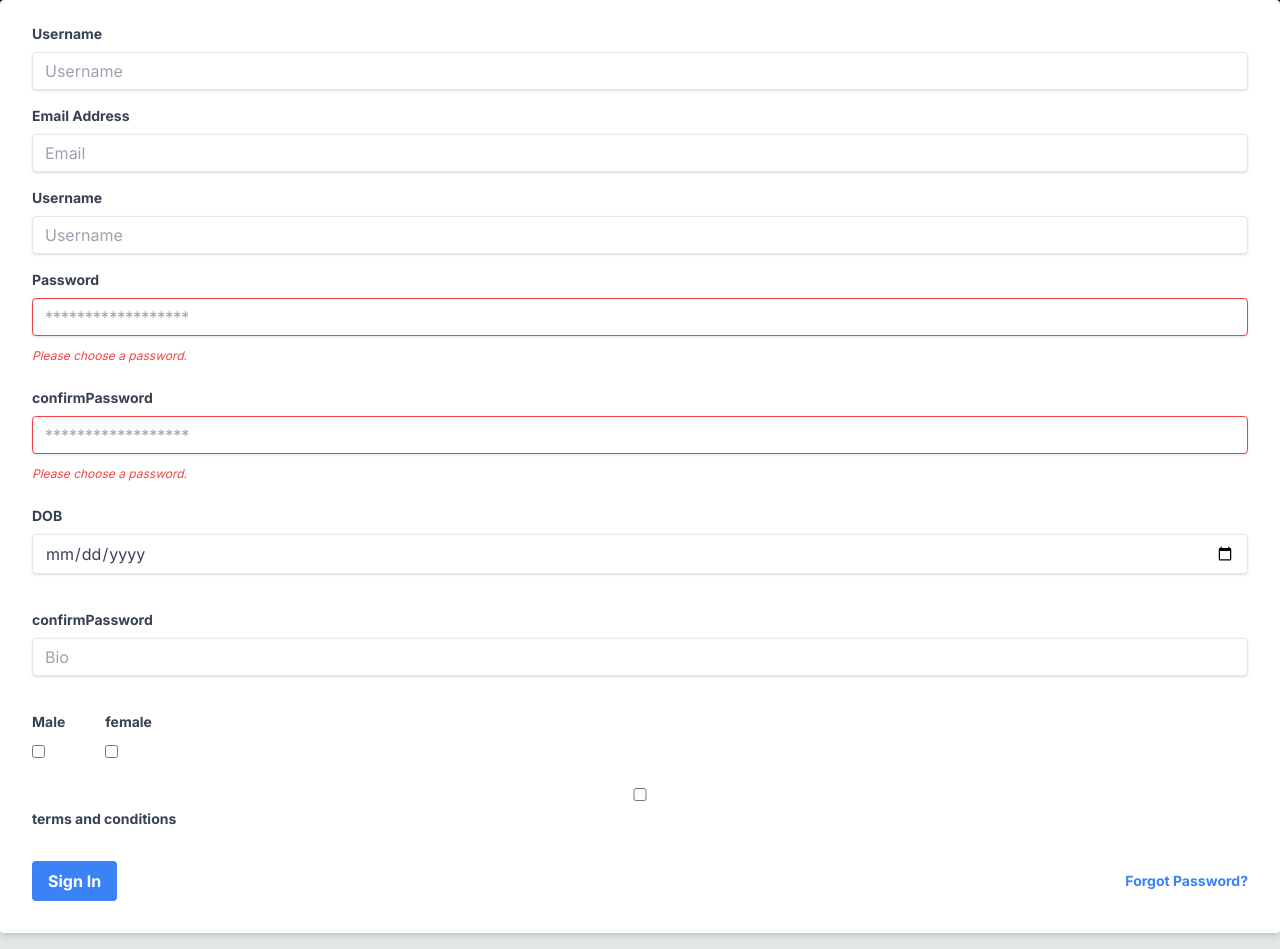
Repository: uh-sman/tiktok-card
Page: /
These files come from the project's save history. The page is drawn as it stood at one moment and after the next save; the edit follows.
The browser window is 1280 px wide. The pictures show the whole page.
The project was rebuilt for these pictures with package versions that can differ from the ones it lists, and the page was loaded fresh each time. The framework's server and built-in components were replaced by stand-ins that run in the browser. Also part of the build but not shown: next.config.js.

Above is the page before, as saved 2023-12-19 12:25:57.

After the next save:
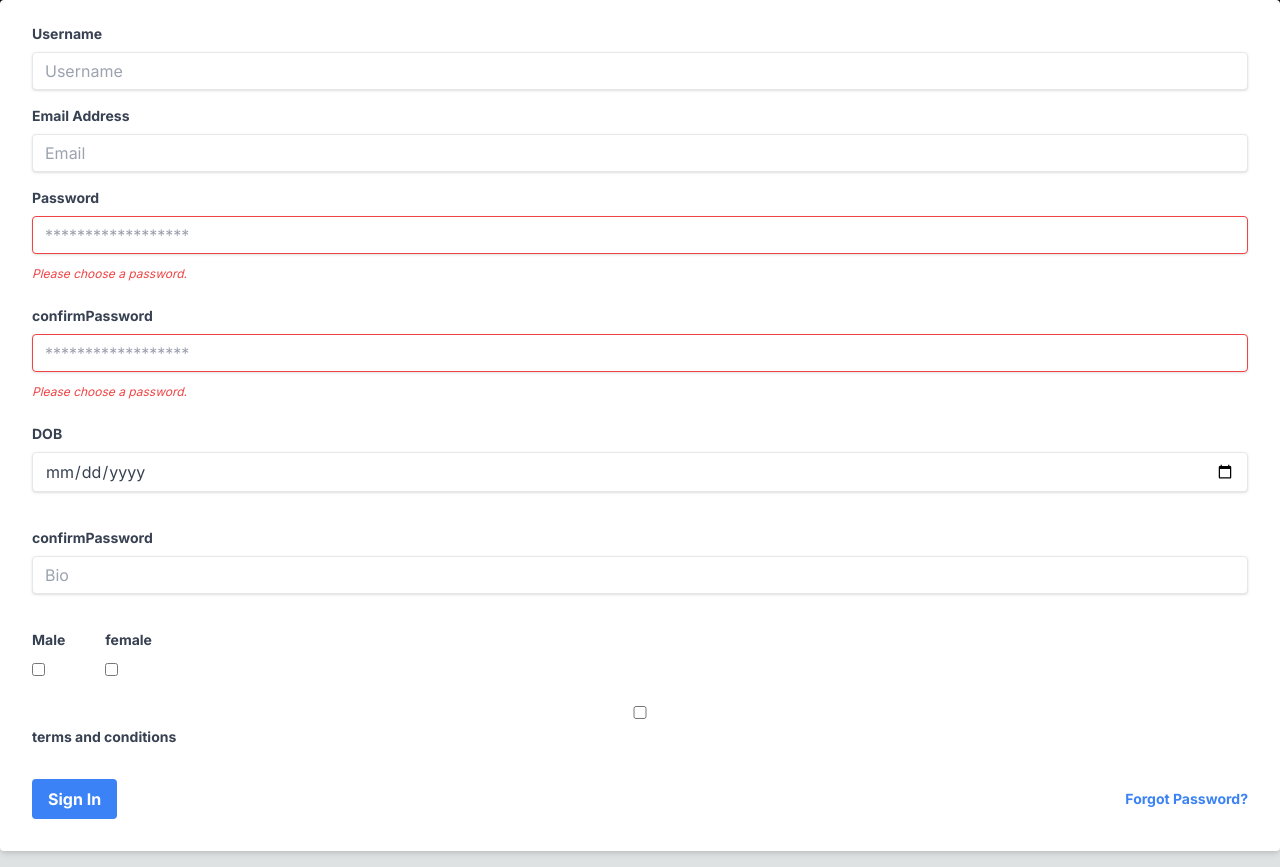
Saved 2 min 17 s later.
--- a/app/page.tsx
+++ b/app/page.tsx
@@ -31,26 +31,20 @@ export default function Home() {
       <Input onChange={() => {}} className="shadow appearance-none border rounded w-full py-2 px-3 text-gray-700 leading-tight focus:outline-none focus:shadow-outline" id="username" type="text" placeholder="Username" />
     </div>
     <div className="mb-4">
-      <label className="block text-gray-700 text-sm font-bold mb-2" htmlFor="username">
+      <label className="block text-gray-700 text-sm font-bold mb-2" htmlFor="Email">
         Email Address
       </label>
       <Input onChange={() => {}} className="shadow appearance-none border rounded w-full py-2 px-3 text-gray-700 leading-tight focus:outline-none focus:shadow-outline" id="email" type="email" placeholder="Email" />
     </div>
-    <div className="mb-4">
-      <label className="block text-gray-700 text-sm font-bold mb-2" htmlFor="username">
-        Username
-      </label>
-      <Input onChange={() => {}} className="shadow appearance-none border rounded w-full py-2 px-3 text-gray-700 leading-tight focus:outline-none focus:shadow-outline" id="username" type="text" placeholder="Username" />
-    </div>
     <div className="mb-6">
-      <label className="block text-gray-700 text-sm font-bold mb-2" htmlFor="password">
+      <label className="block text-gray-700 text-sm font-bold mb-2" htmlFor="Password">
         Password
       </label>
       <Input onChange={() => {}} className="shadow appearance-none border border-red-500 rounded w-full py-2 px-3 text-gray-700 mb-3 leading-tight focus:outline-none focus:shadow-outline" id="password" type="password" placeholder="******************" />
       <p className="text-red-500 text-xs italic">Please choose a password.</p>
     </div>
     <div className="mb-6">
-      <label className="block text-gray-700 text-sm font-bold mb-2" htmlFor="password">
+      <label className="block text-gray-700 text-sm font-bold mb-2" htmlFor="conFirmPassword">
         confirmPassword
       </label>
       <Input onChange={() => {}} className="shadow appearance-none border border-red-500 rounded w-full py-2 px-3 text-gray-700 mb-3 leading-tight focus:outline-none focus:shadow-outline" id="confirmPassword" type="password" placeholder="******************" />
